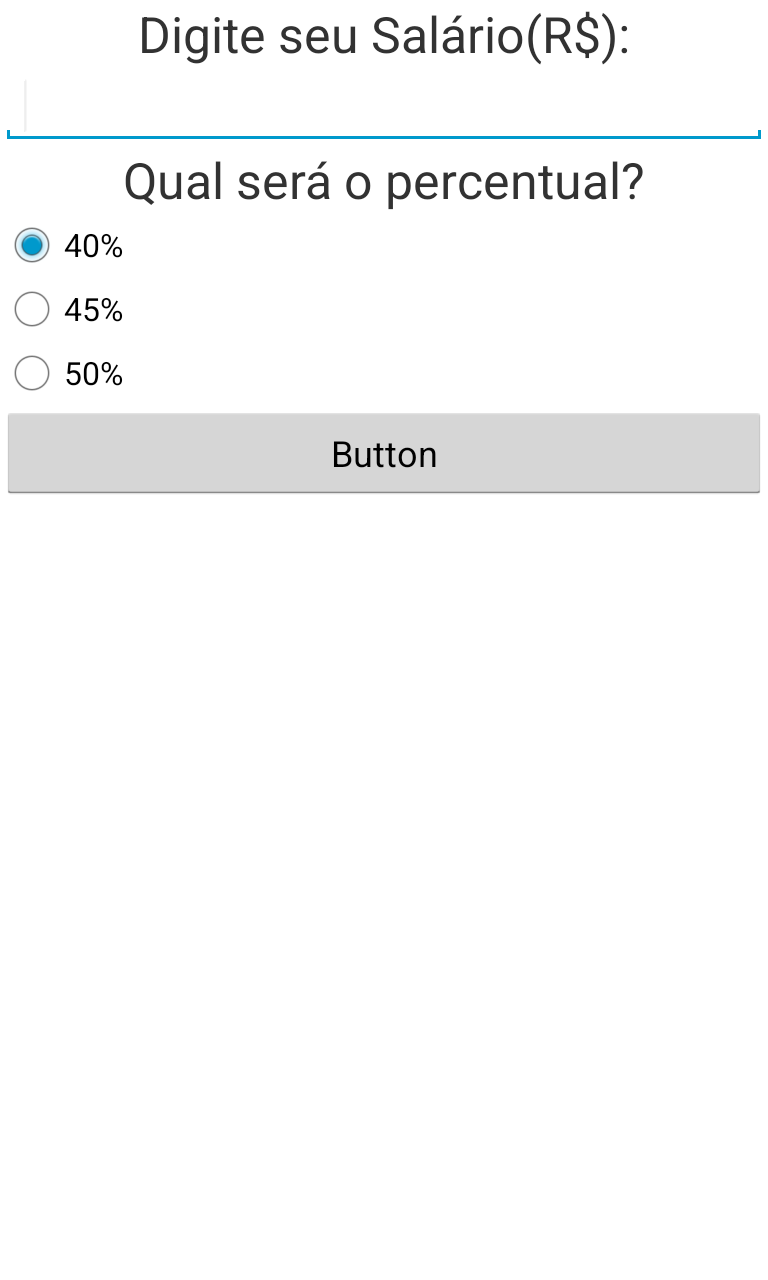
Repository: Rennanxp2/Android_Exercices_done
Layout: Exercícios Android 2/Ex3/res/layout/activity_salario.xml
The author's editor kept a copy of each file at every save. The layout is drawn from the files as they stood at one save, then again after the next save.
It is drawn on a 768 x 1280 px phone screen (xhdpi) without system bars, with theme AppTheme; the app's code is not run.

Above is the layout before, as saved 2017-09-26 13:42:15.

After the next save:
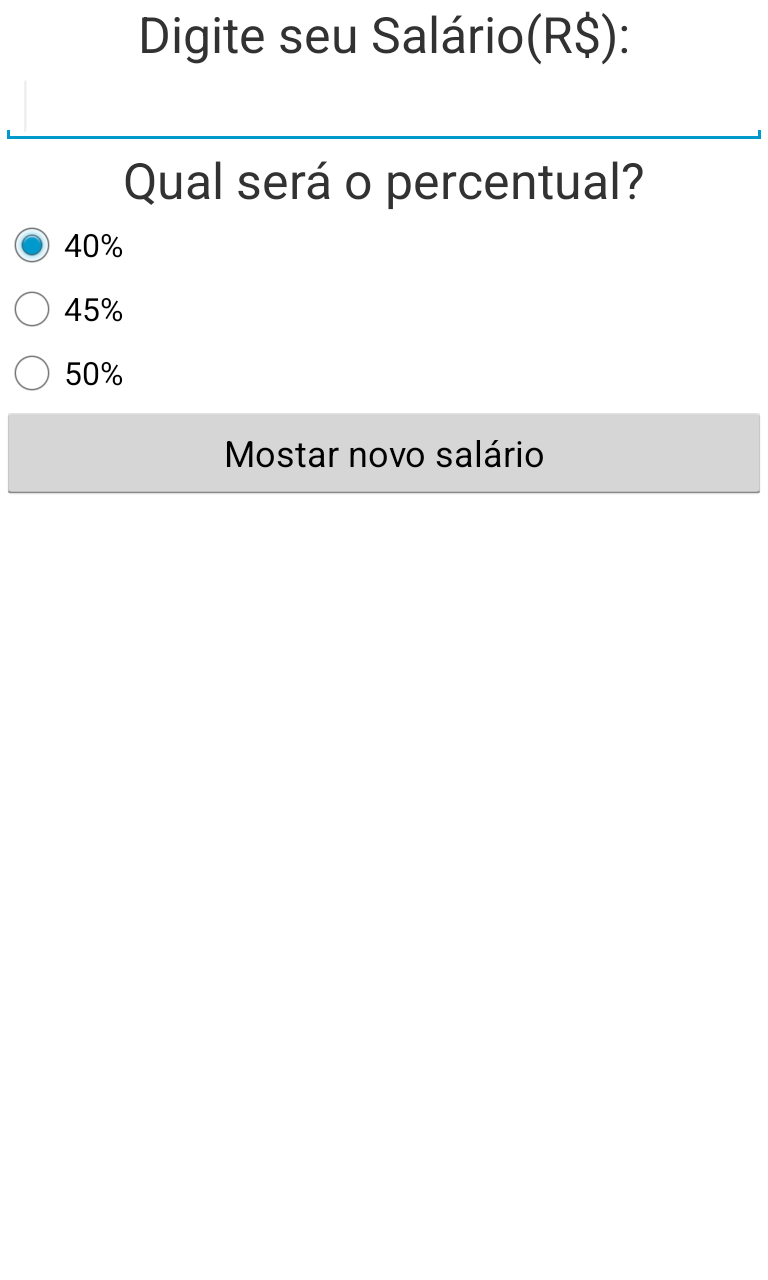
Saved 16 s later.
--- a/Exercícios Android 2/Ex3/res/layout/activity_salario.xml
+++ b/Exercícios Android 2/Ex3/res/layout/activity_salario.xml
@@ -79,6 +79,6 @@
         android:id="@+id/button1"
         android:layout_width="match_parent"
         android:layout_height="wrap_content"
-        android:text="Button" />
+        android:text="Mostar novo salário" />
 
 </LinearLayout>
